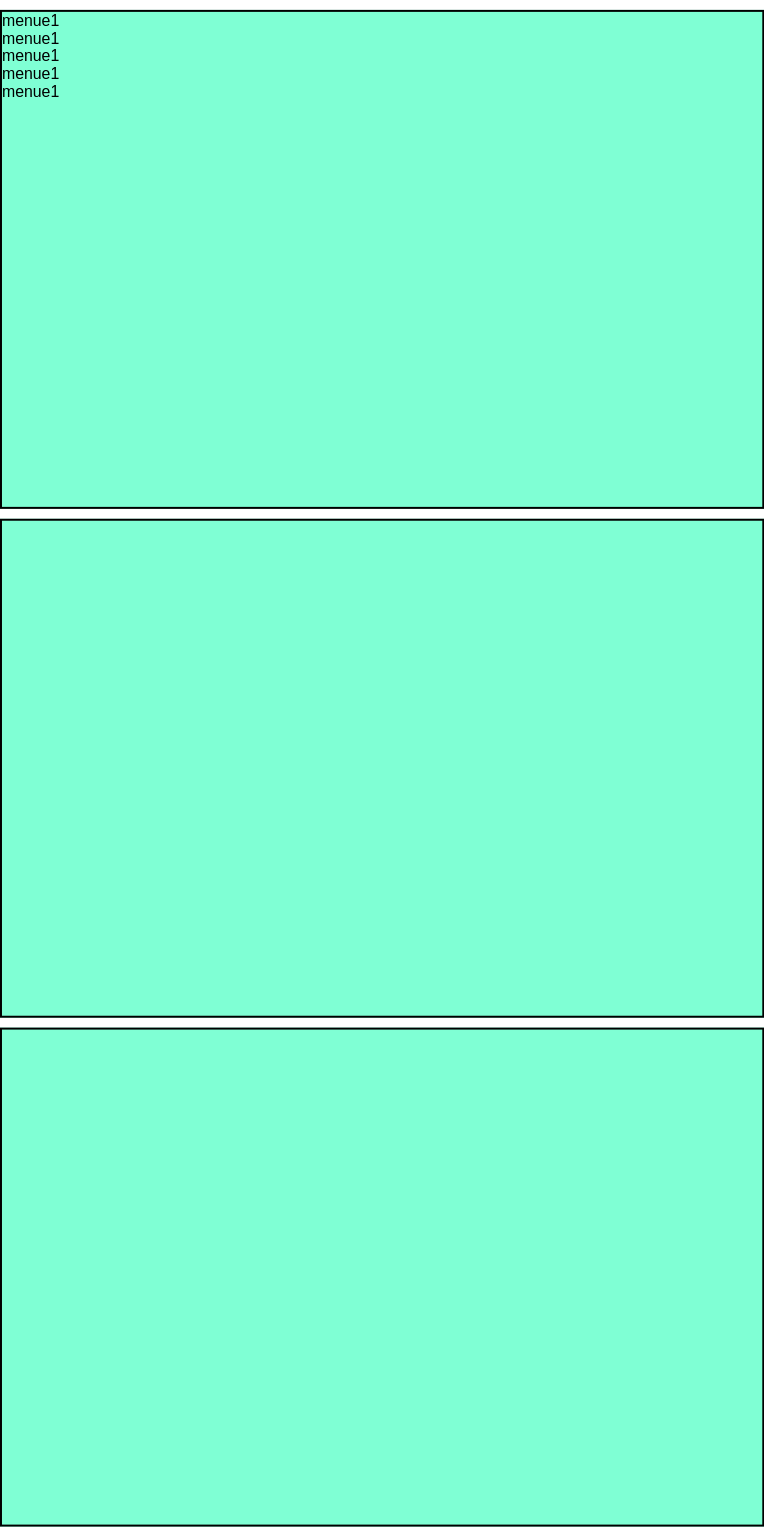
Repository: clairedupuich/cv-claireDUPUICH
Page: cv.html
The author's editor kept a copy of each file at every save. The page is drawn from the files as they stood at one save, then again after the next save.
The browser window is 768 px wide. The page is 772 px wide, then 768 px, so the pictures cover 772 px, including what lies to the right of the window. The pictures show the whole page, at 99% of full size.

Above is the page before, as saved 2020-10-08 12:26:57.

### cv.html
<!DOCTYPE html>
<html lang="fr" dir="ltr">
  <head>
    <meta charset="utf-8">
    <title>Exercice</title>
    <link rel="stylesheet" href="cv.css">
  </head>
  <body>
    <section class="header">
        <div class="logo">
        </div>
        <div class="nav">
            <ul>
                <li>menue1</li>
                <li>menue1</li>
                <li>menue1</li>
                <li>menue1</li>
                <li>menue1</li>
            </ul>
        </div>
    </section>
      <section class="section 1">
          <div class="article1_1">
          </div>
          <div class="article1_2">
          </div>
      </section>
      <section class="section2">
        <div class="article2_1">
        </div>
        <div class="article2_2">
        </div>
        <div class="article2_3">
        </div>
        <div class="article2_4">
        </div>
      </section>
      <footer>
          <div class='footer1'>
          </div>
        <div class="footer2">
        </div>
        <div class="footer3">
        </div>
    </footer>
  </body>
</html>

### cv.css

@media screen and (max-width: 768px)
{
    * {
        font-family: Avenir, sans-serif;
        padding: 0;
        margin: 0;
    }

    section {
        margin-top: 10px;
        padding: 5px auto;
        width: 100%;
        height: 500px;
        background-color: aquamarine;
        border: 2px solid black;

    }



}

After the next save:
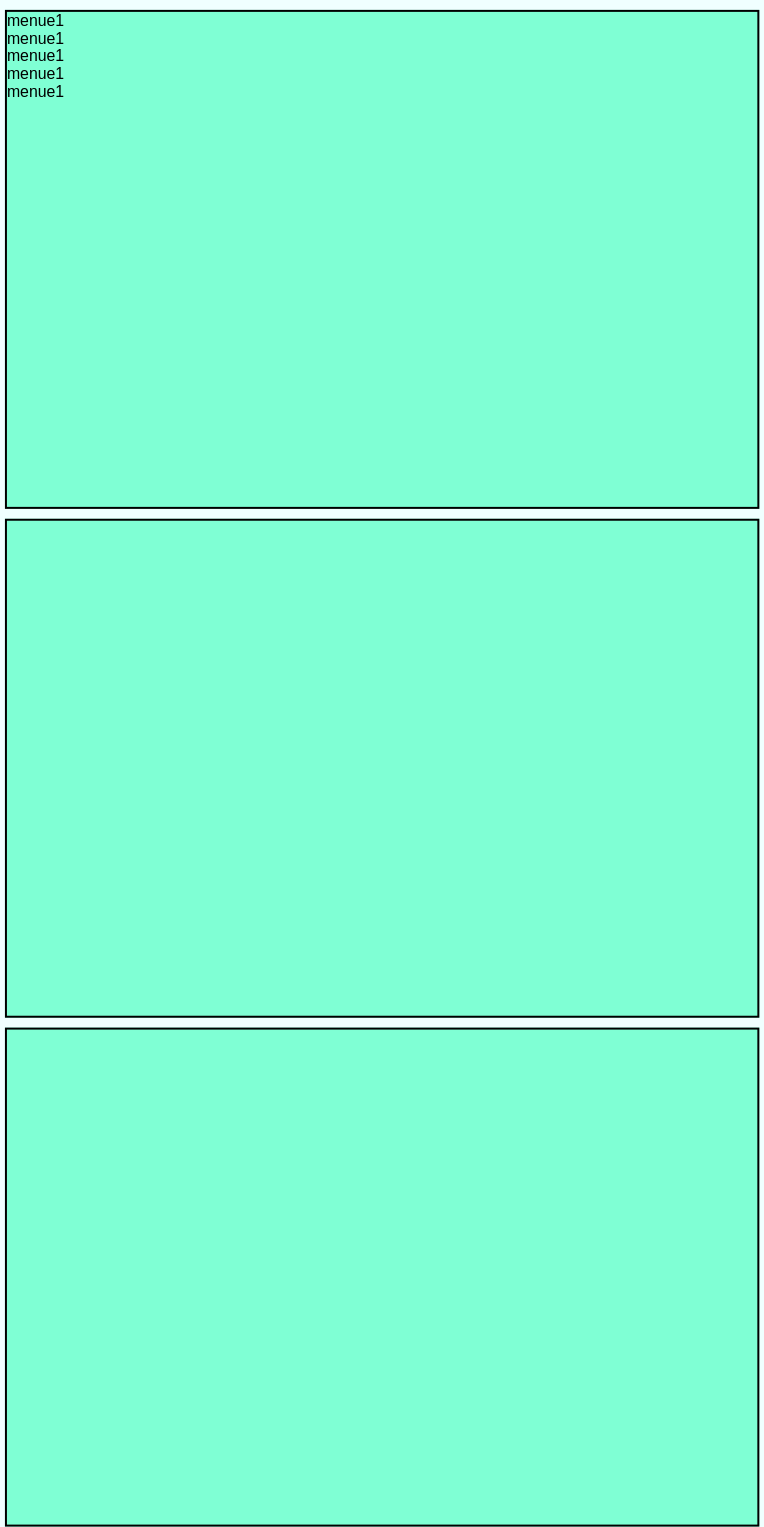
Saved 118 s later.
--- a/cv.css
+++ b/cv.css
@@ -7,6 +7,10 @@
         margin: 0;
     }
 
+    body {
+        background-color: azure;
+        margin: 0 5px;
+    }
     section {
         margin-top: 10px;
         padding: 5px auto;
